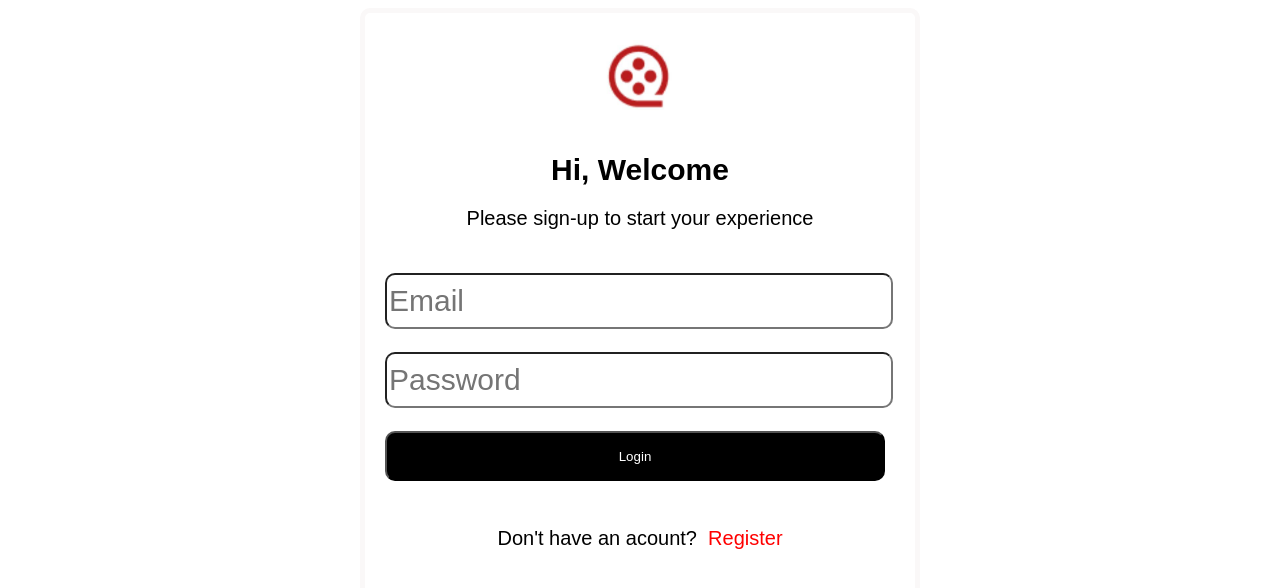
Repository: KingBoyMaylow/movie-task
Page: 2index.html
An editor plug-in stored every save of this project. The page is shown before and after a run of saves, followed by the edit.
The browser window is 1280 px wide. The pictures show the whole page.

Above is the page before, as saved 2024-05-20 23:44:09.

### 2index.html
<!DOCTYPE html>
<html lang="en">
<head>
    <meta charset="UTF-8">
    <meta name="viewport" content="width=device-width, initial-scale=1.0">
    <link rel="stylesheet" href="script.css">
    <title>Free Movies</title>
</head>
<body>
    <div class="div2">
      <img src="WhatsApp Image 2024-05-20 at 13.51.03_2167d28e.jpg" alt="">
    <h1>Hi, Welcome</h1>
  <h3>Please sign-up to start your experience</h3>

  <br><label form="<div class="">
    <label for=""></label>
    <input type="email" class="form-control" name="email" id="email" placeholder="Email">
  <br>

  <br><label form="<div class="form-group">
    <label for=""></label>
    <input type="password" class="form-control" name="" id="" placeholder="Password">
  <br>

  <br><input type="submit"  value="Login" class="register-btn">
<br>

  <br><br><span>Don't have an acount? &nbsp; <a href="http://127.0.0.1:5500/">Register</a></span>
</div>
</body>
</html>

### script.css
body{
    font: 1em sans-serif;
    font-size: 20px;
    font-weight: 100px;
    display: flex;
    flex-direction: column;
    flex-wrap: wrap;
    justify-content: center;
    align-items: center;
}
h3{
    font-size: 20px;
    font-weight: normal;
    text-align: center;
}

.form-control{
    height: 50px;
    width: 500px;
    border-radius: 10px;
    font-size: 30px;
    margin-left: 20px;
}
h1{
    margin-left: 50px;
    text-align: center;
    font-size: 30px;
    margin-right: 50px;
}
img{
    width: 150px;
    display: block;
    margin: auto;
    height: 120px;
}
.firstdiv{
    border: 5px solid rgb(250, 248, 248);
    border-radius: 10px;
    width: 550px;
    height: 650px;

}
.register-btn{
    width: 500px;
    background-color: black;
    color: white;
    height: 50px;
    border-radius: 10px;
    margin-left: 20px;
}

span a {
    color: red;
    text-decoration: none;
}

.div2{
    border: 5px solid rgb(250, 248, 248);
    border-radius: 10px;
    width: 550px;
    height: 600px;

}
span{
    display: flex;
    justify-content: center;
    align-items: center;
}

After the next 2 saves:
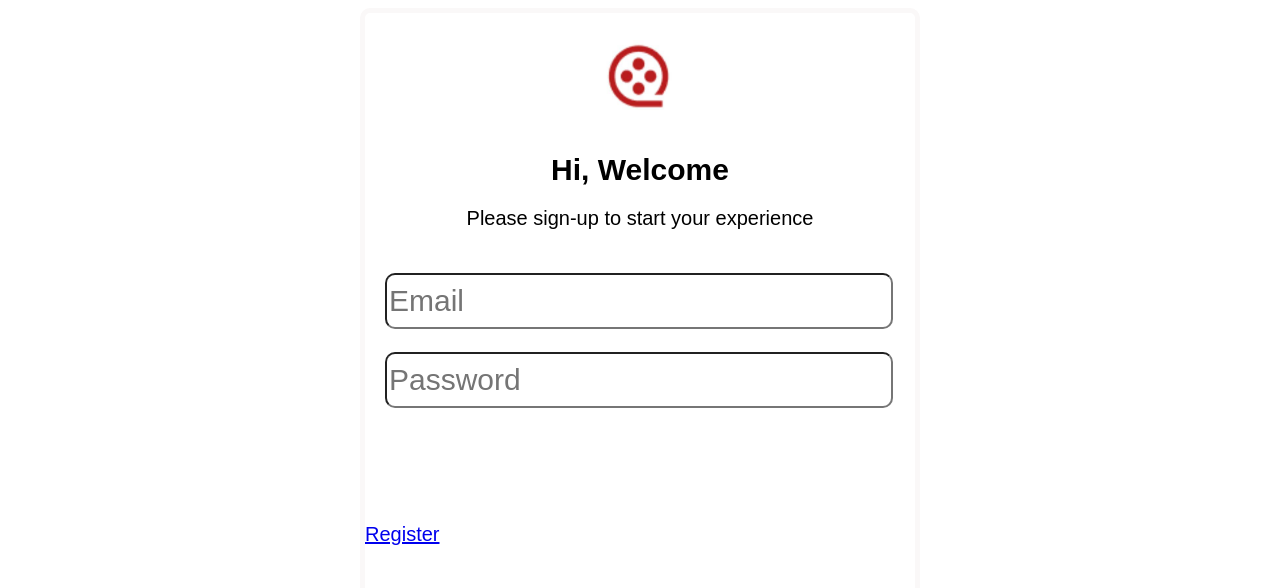
The 2 saves are shown as one change because they came seconds apart.
The last was saved 10 s later.
--- a/2index.html
+++ b/2index.html
@@ -22,7 +22,7 @@
     <input type="password" class="form-control" name="" id="" placeholder="Password">
   <br>
 
-  <br><input type="submit"  value="Login" class="register-btn">
+  <br><a type="submit"  value="Login" class="register-btn">
 <br>
 
   <br><br><span>Don't have an acount? &nbsp; <a href="http://127.0.0.1:5500/">Register</a></span>
